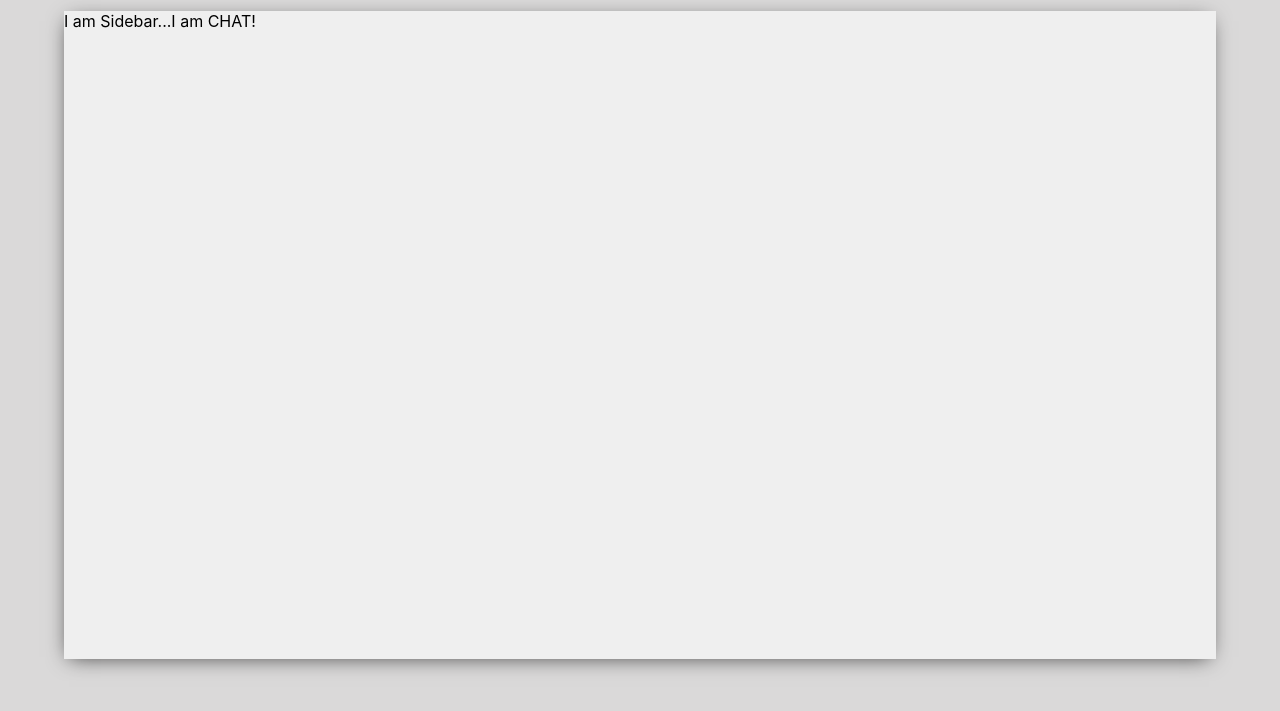
Repository: BogoGit/clone-whatsapp
Page: / (app in whatsapp-front/)
These files come from the project's save history. The page is drawn as it stood at one moment and after the next save; the edit follows.
The browser window is 1280 px wide. The pictures show the whole page.
The project was rebuilt for these pictures with package versions that can differ from the ones it lists, and the page was loaded fresh each time.

Above is the page before, as saved 2020-11-18 16:43:37.

After the next save:
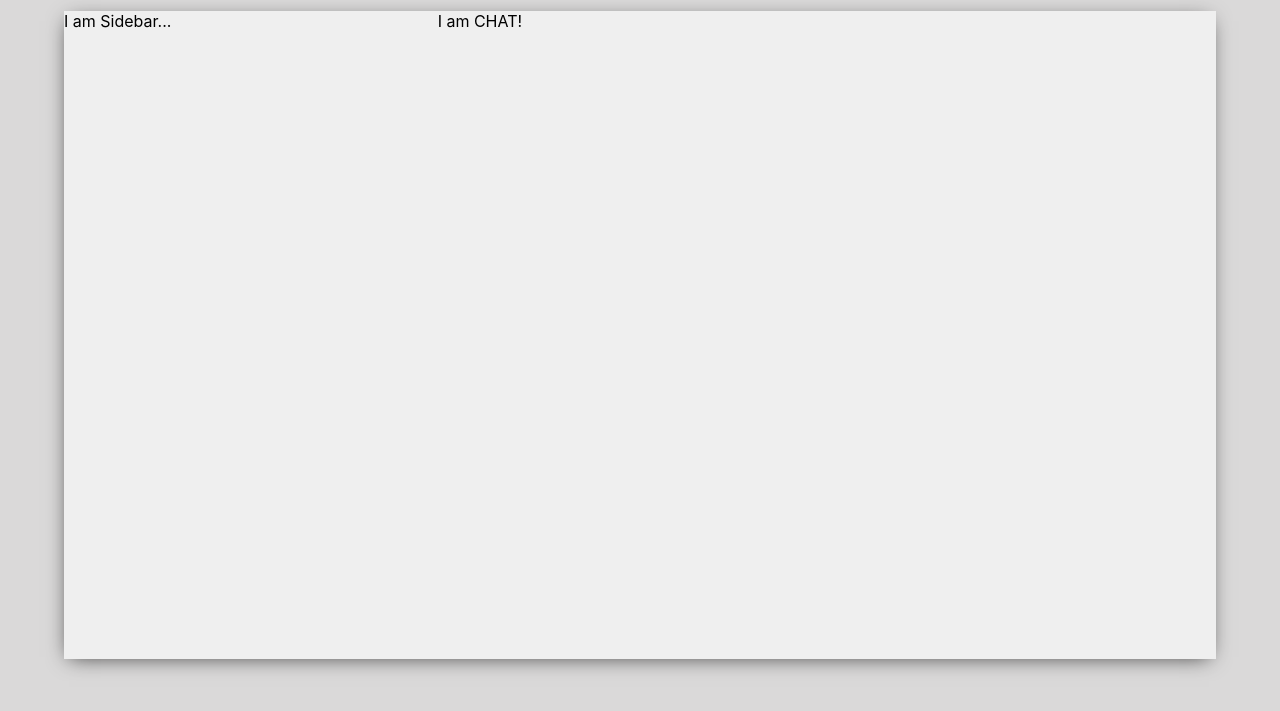
Saved 48 s later.
--- a/whatsapp-front/src/Components/Sidebar.js
+++ b/whatsapp-front/src/Components/Sidebar.js
@@ -2,7 +2,7 @@ import React from 'react'
 import './Sidebar.css'
 
 const Sidebar = () => {
-	return <div>I am Sidebar...</div>
+	return <div class='sidebar'>I am Sidebar...</div>
 }
 
 export default Sidebar
